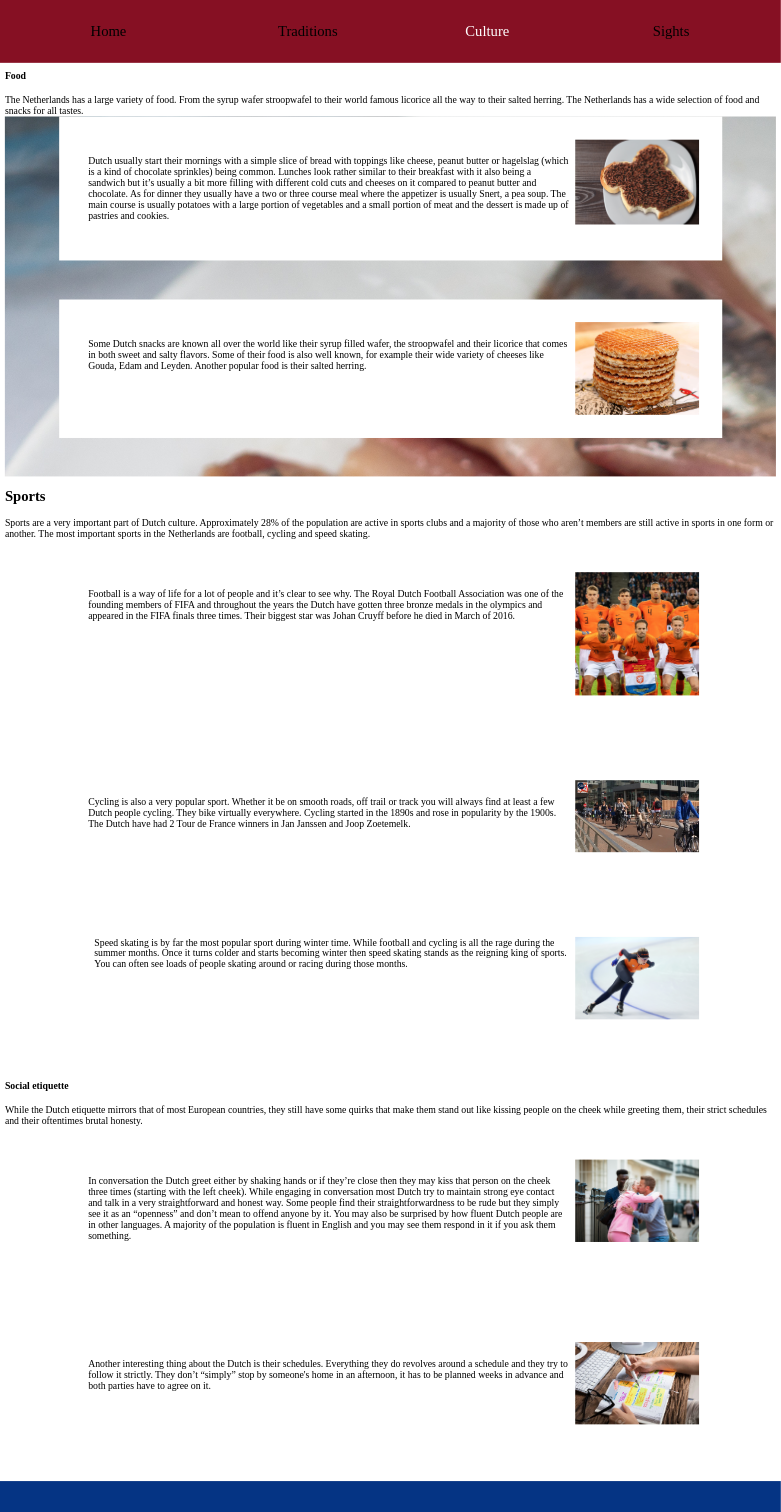
Repository: Cornman63/The-netherlands
Page: html/culture.html
The author's editor kept a copy of each file at every save. The page is drawn from the files as they stood at one save, then again after the next save.
The browser window is 1280 px wide. The pictures show the whole page, at 61% of full size.

Above is the page before, as saved 2023-05-28 12:35:06.

After the next save:
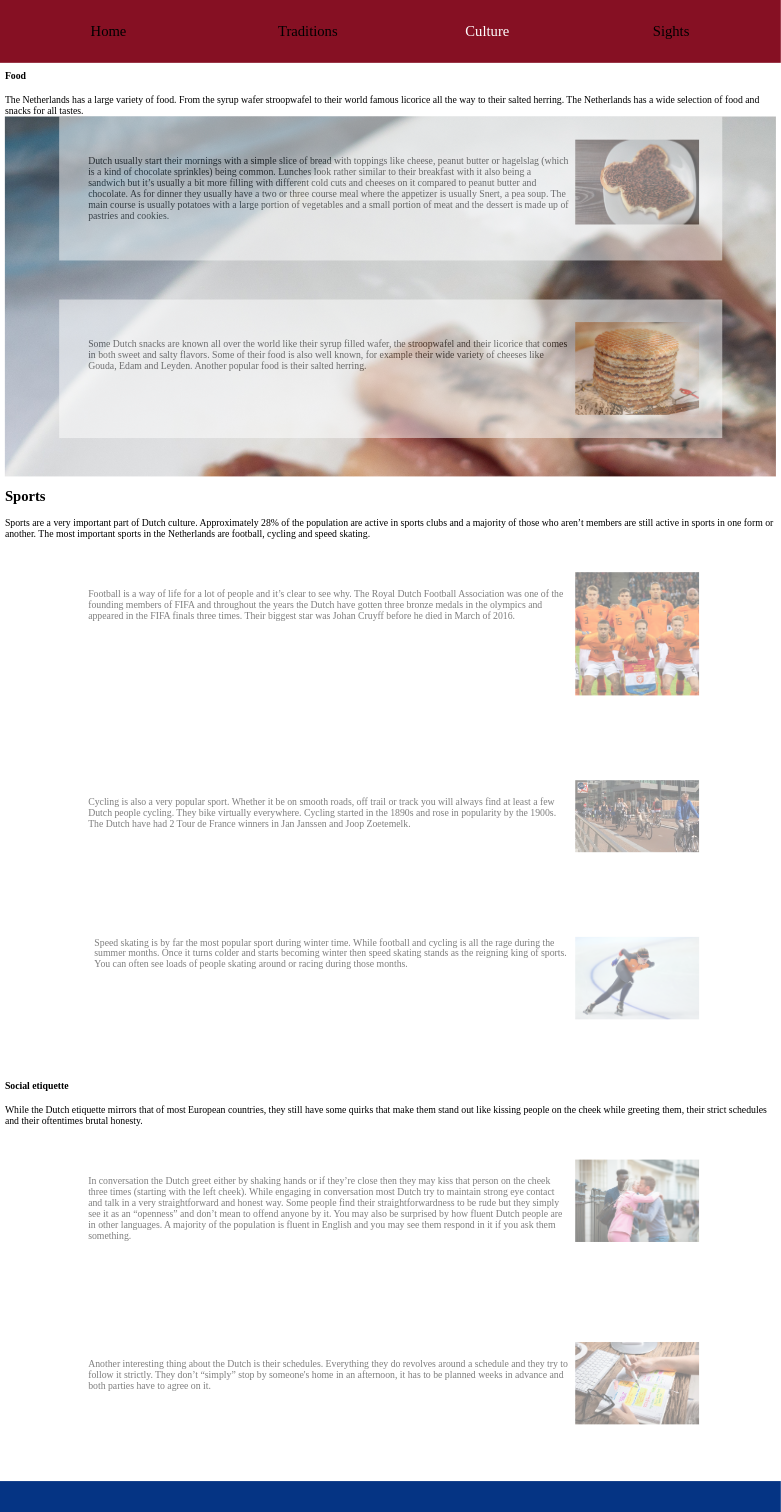
Saved 47 s later.
--- a/CSS/style2.css
+++ b/CSS/style2.css
@@ -47,7 +47,7 @@ footer{
     border: 5%;
 }
 .food {
- margin: auto;
+    margin: auto;
 }
 .item{
     max-width: 80%;
@@ -58,6 +58,7 @@ footer{
     background-color: white;
     border:5%;
     margin-bottom: 5%;
+    opacity: 50%;
 
 }
 .img {
